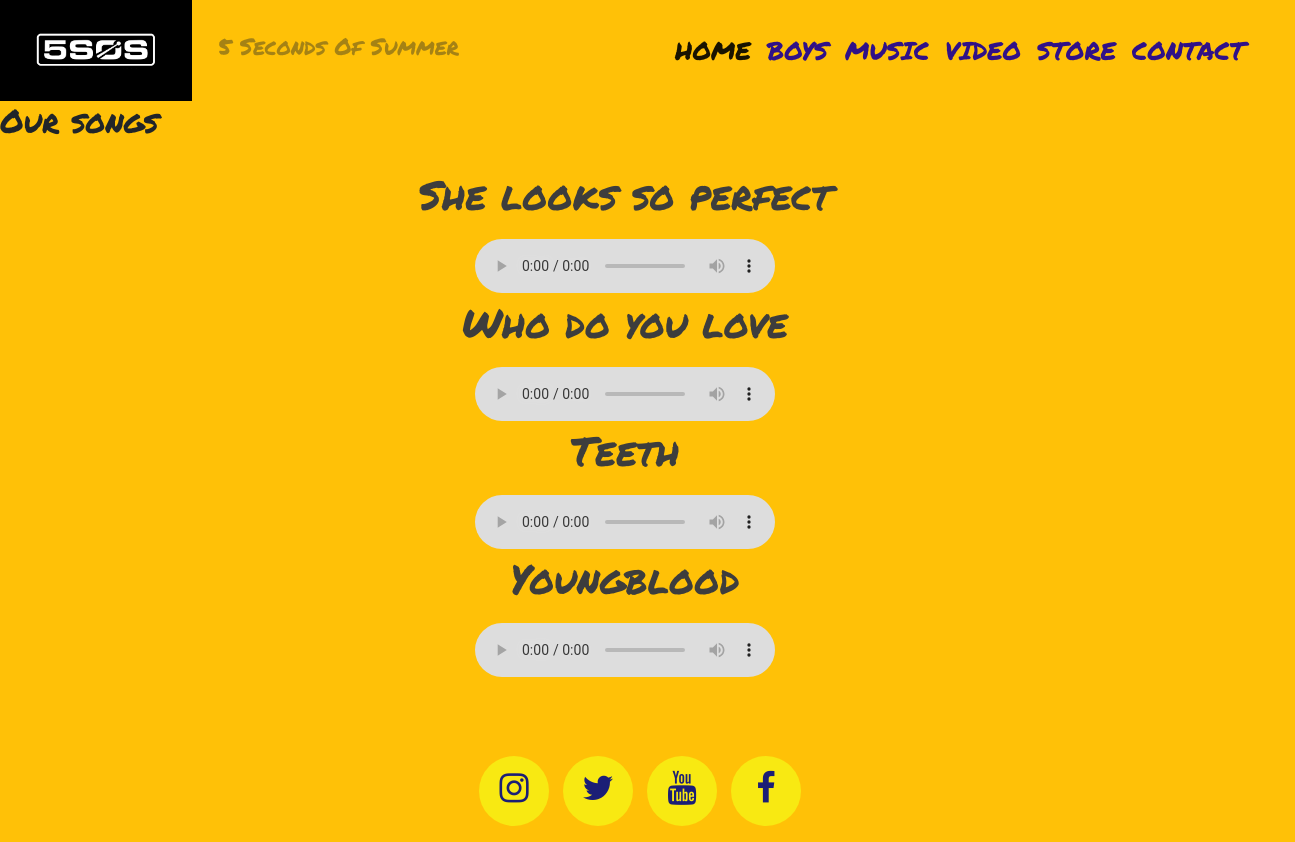
Repository: sun5lower/5SOS
Page: music.html
The author's editor kept a record of every edit. The page is drawn from the files as they stood at one moment, then again after the next edit.
The browser window is 1280 px wide. The page is 1295 px wide, so the pictures cover 1295 px, including what lies to the right of the window. The pictures show the whole page.

Above is the page before.

After the next edit:
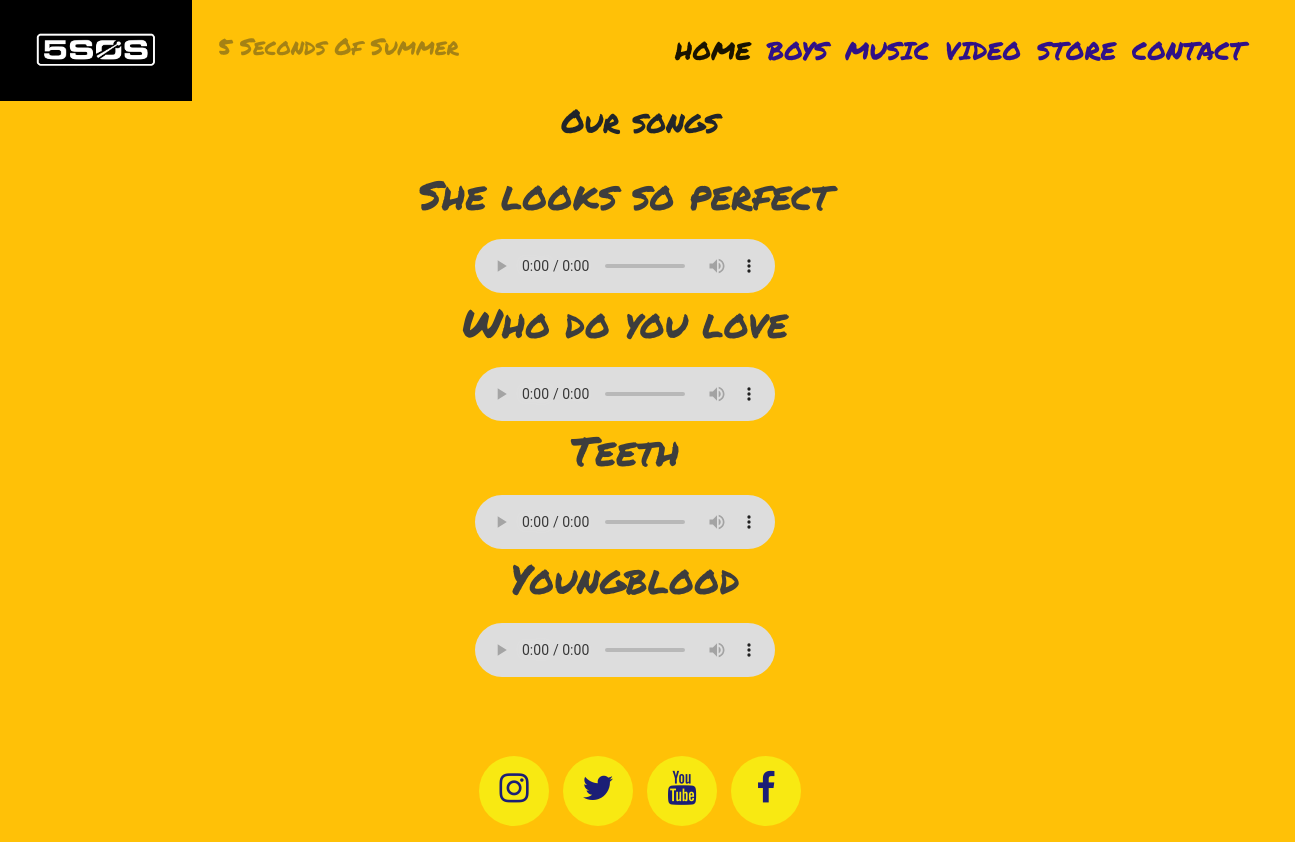
The edit:
--- a/assets/css/style.css
+++ b/assets/css/style.css
@@ -234,7 +234,9 @@
       width: 100%;
   }
 
-
+.song-list {
+  text-align: center;
+}
 
 
   /* ---------------------------------------------------Form/Contact */

After the edit that followed:
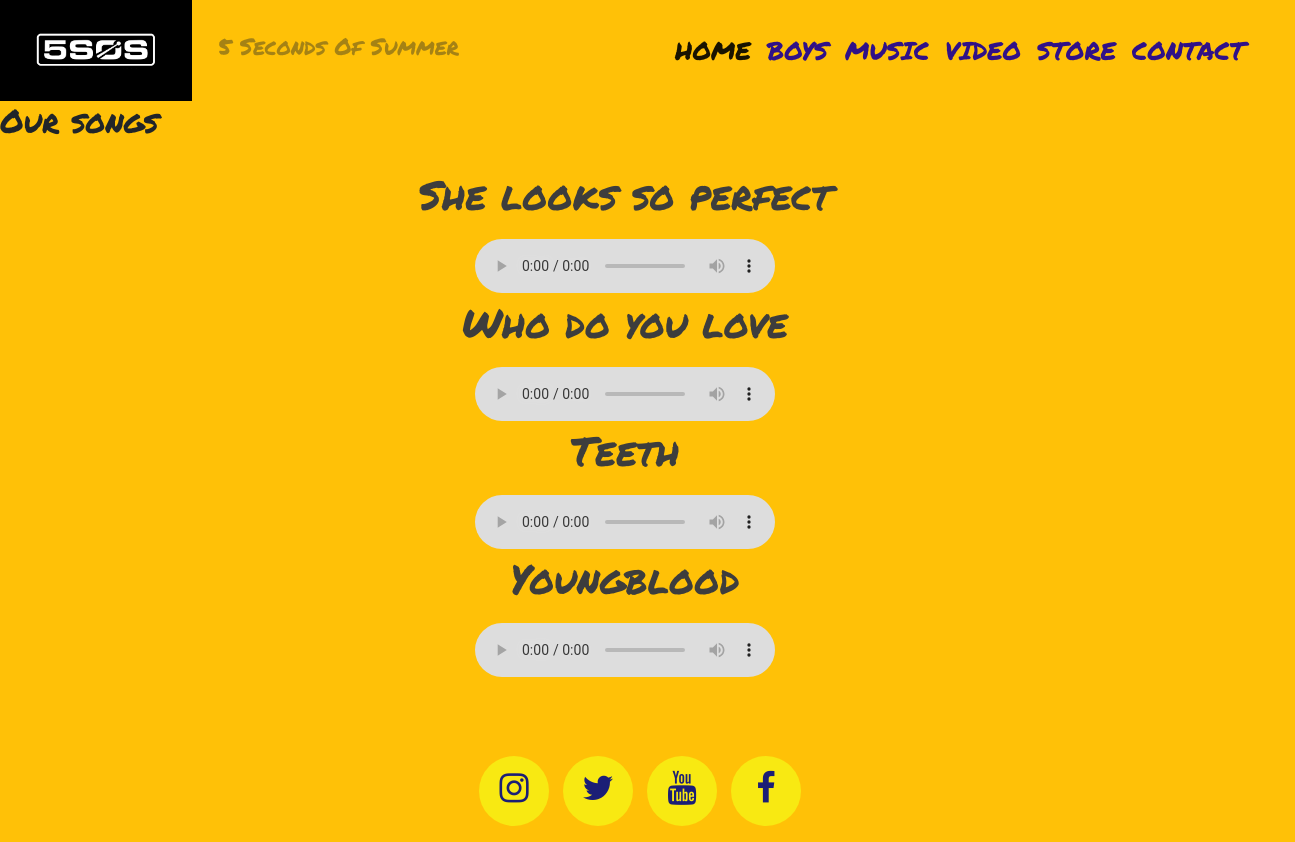
The edit:
--- a/assets/css/style.css
+++ b/assets/css/style.css
@@ -14,7 +14,7 @@
 
   p {
       text-align: center;
-      color: #F5EB00;
+      color: ##F5EB00;
 
   }
 
@@ -153,7 +153,7 @@
       font: bold;
   }
 
-  .card-text {
+  p.card-text {
       font-size: 20px;
   }
 
@@ -234,9 +234,7 @@
       width: 100%;
   }
 
-.song-list {
-  text-align: center;
-}
+
 
 
   /* ---------------------------------------------------Form/Contact */
